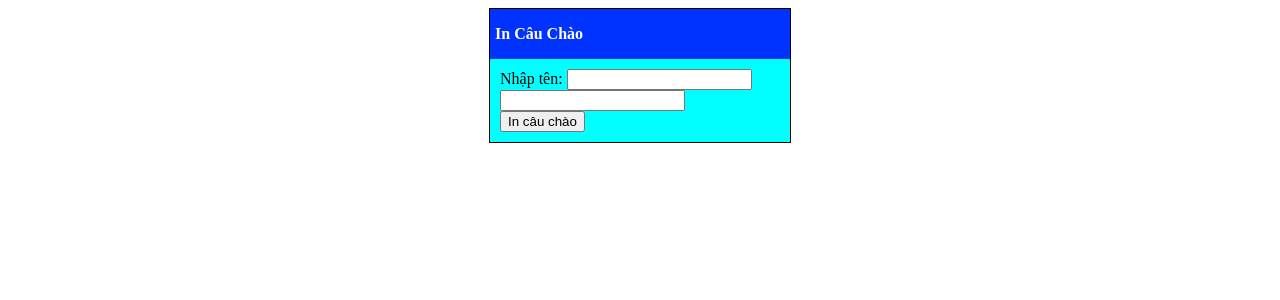
Repository: leducnam1805/jspd3
Page: http://localhost/baiTap/bai2/CauChao.jsp
These files come from the project's save history. The page is drawn as it stood at one moment and after the next save; the edit follows.
The browser window is 1280 px wide. The pictures show the whole page.
The page is served by Tomcat 9. Other server files are loaded and not shown.

Above is the page before, as saved 2020-07-04 01:23:47.

### JspServletD3/baiTap/WebContent/bai2/CauChao.jsp
<%@ page language="java" contentType="text/html; charset=UTF-8"
	pageEncoding="UTF-8"%>
<!DOCTYPE html>
<html>
<head>
<style type="text/css">
form {
	margin: auto;
	border: 1px solid black;
	width: 300px;
}

.header-div {
	width: 100%;
	height: 50px;
	line-height: 50px;
	background-color: #0033FF;
	color: white;
}

p {
	padding-left: 5px;
	margin: 0px !important;
	font-weight: bold;
}

.content-div {
	padding: 10px;
	background-color: #00FFFF;
}
</style>
<meta charset="UTF-8">
<title>Bai 2</title>
</head>
<body>
	<%
		String hoten = (String) request.getAttribute("ten");
	%>
	<form action="<%=request.getContextPath()%>/Bai2Controller"
		method="post">
		<div class="header-div">
			<p>In Câu Chào</p>
		</div>
		<div class="content-div">
			<label> Nhập tên: <input type="text" id="" name="ten"
				value="<% if(hoten!=null){out.print(hoten);}%>"></label> <br> <label> <input value =""/> </label> <br> <input
				type="submit" value="In câu chào">
		</div>


	</form>
</body>
</html>

After the next save:
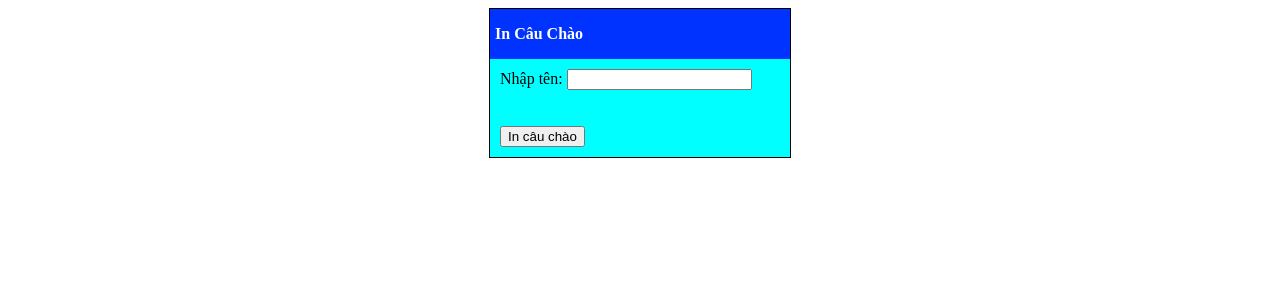
Saved 20 s later.
--- a/JspServletD3/baiTap/WebContent/bai2/CauChao.jsp
+++ b/JspServletD3/baiTap/WebContent/bai2/CauChao.jsp
@@ -43,7 +43,7 @@ p {
 		</div>
 		<div class="content-div">
 			<label> Nhập tên: <input type="text" id="" name="ten"
-				value="<% if(hoten!=null){out.print(hoten);}%>"></label> <br> <label> <input value =""/> </label> <br> <input
+				value="<% if(hoten!=null){out.print(hoten);}%>"></label> <br> <br> </br><input
 				type="submit" value="In câu chào">
 		</div>
 
